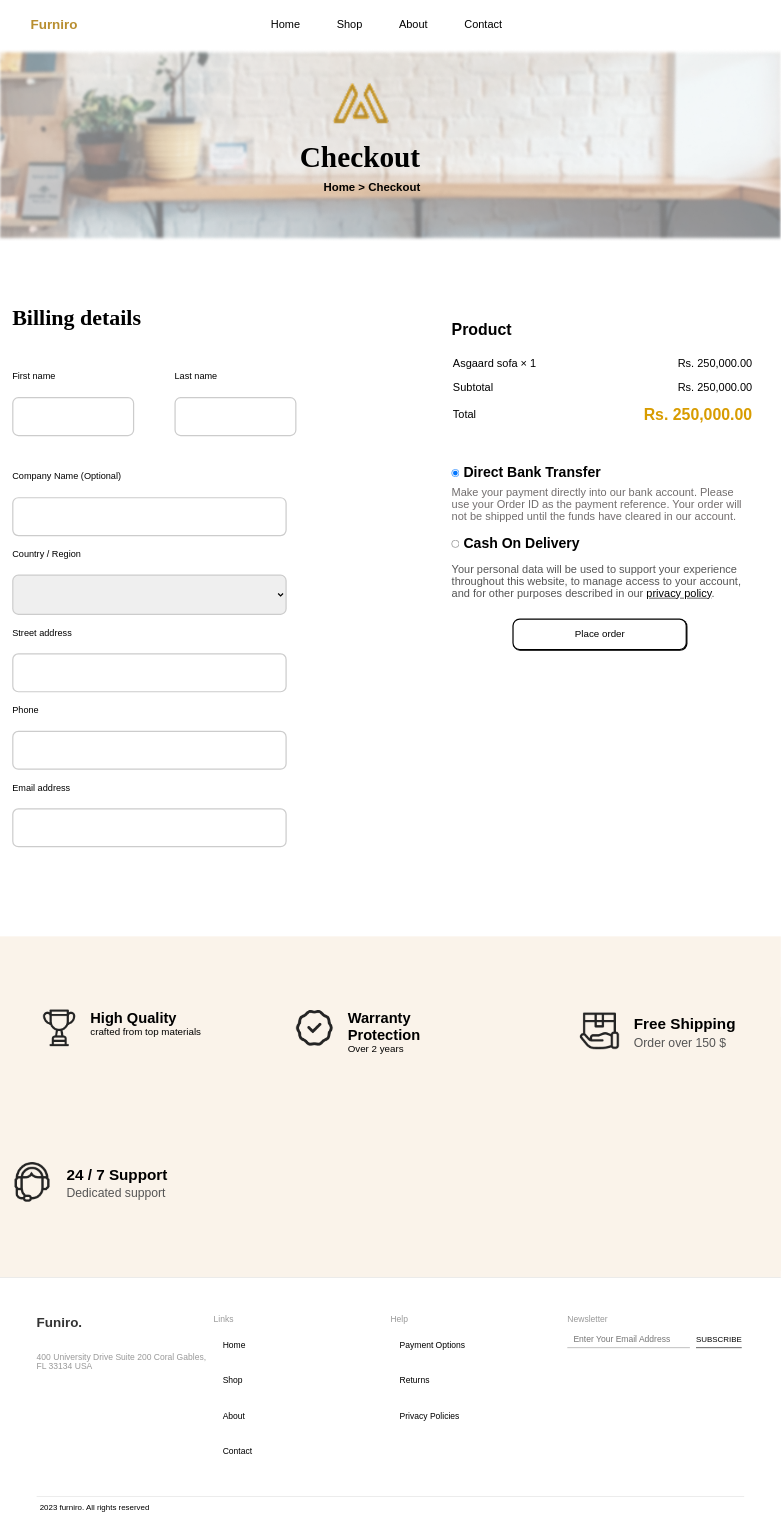
Repository: Ali1Kh/Furniro-ITI
Page: pages/checkout.html
The author's editor kept a copy of each file at every save. The page is drawn from the files as they stood at one save, then again after a run of saves.
The browser window is 1280 px wide. The pictures show the whole page, at 61% of full size.

Above is the page before, as saved 2025-07-19 22:01:23.

After the next 2 saves:
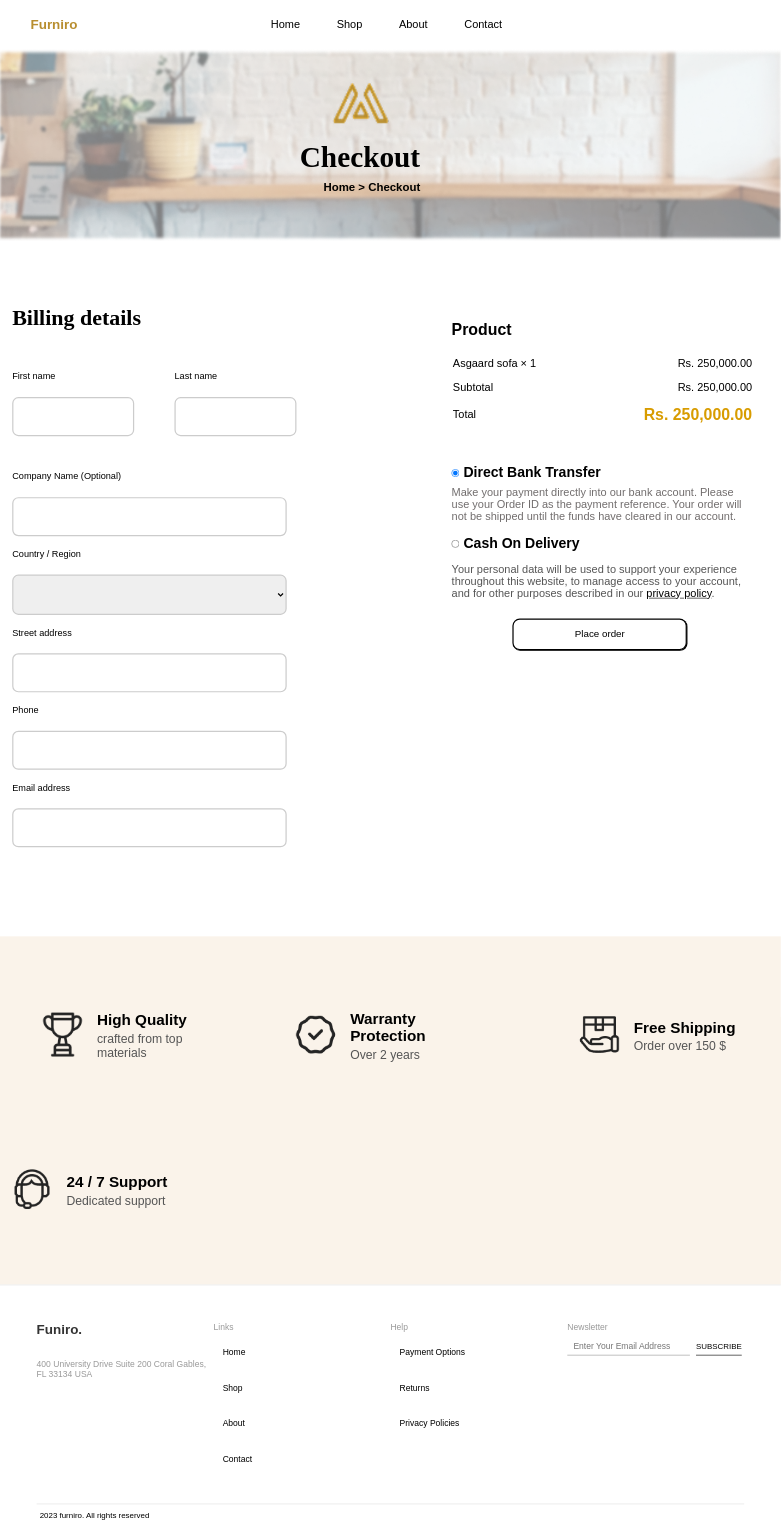
The 2 saves are shown as one change because they came seconds apart.
The last was saved 14 s later.
--- a/pages/checkout.html
+++ b/pages/checkout.html
@@ -151,7 +151,7 @@
     </div>
 
     <div id="quality">
-      <div class="1"
+      <div class="quality-box"
         style="display: flex; gap: 1.5rem; padding-top: 80px; padding-bottom: 80px;width: 25%;padding-left: 50px;">
         <div class="l"><img src="../assets/icons/Group copy.png" alt=""></div>
         <div class="r">
@@ -160,7 +160,7 @@
         </div>
 
       </div>
-      <div class="2" style="display: flex; gap: 1.5rem; padding-top: 80px; padding-bottom: 80px;width: 25%;">
+      <div class="quality-box" style="display: flex; gap: 1.5rem; padding-top: 80px; padding-bottom: 80px;width: 25%;">
         <div class="l"><img src="../assets/icons/Group (2).png" alt=""></div>
         <div class="r">
           <h2>Warranty Protection</h2>
